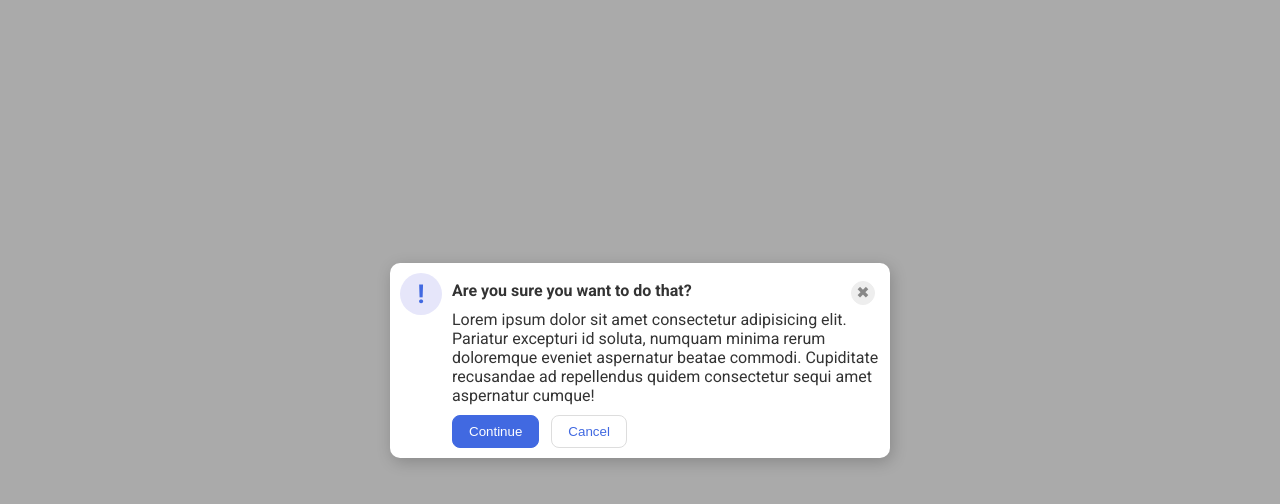
Repository: bbrockbrown/css-exercises
Page: flex/05-flex-modal/index.html
These files come from the project's save history. The page is drawn as it stood at one moment and after the next save; the edit follows.
The browser window is 1280 px wide. The pictures show the whole page.

Above is the page before, as saved 2024-07-21 18:05:37.

### flex/05-flex-modal/index.html
<!DOCTYPE html>
<html lang="en">
  <head>
    <meta charset="UTF-8">
    <meta http-equiv="X-UA-Compatible" content="IE=edge">
    <meta name="viewport" content="width=device-width, initial-scale=1.0">
    <link rel="stylesheet" href="style.css">
    <title>Modal</title>
  </head>
  <body>
    <div class="modal">
      <div class="icon-container">
        <div class="icon">!</div>
      </div>


      <div class="content">
        <div class="exit">
          <div class="header" style="font-weight: bold">Are you sure you want to do that?</div>
          <button class="close-button">✖</button>
        </div>

        <div class="content-text">
          <div class="text">Lorem ipsum dolor sit amet consectetur adipisicing elit. Pariatur excepturi id soluta, numquam minima rerum doloremque eveniet aspernatur beatae commodi. Cupiditate recusandae ad repellendus quidem consectetur sequi amet aspernatur cumque!</div>
        </div>

        <div class="button-options">
          <button class="continue">Continue</button>
          <button class="cancel">Cancel</button>
        </div>

      </div>


    </div>
  </body>
</html>

### flex/05-flex-modal/style.css
@import url('https://fonts.googleapis.com/css2?family=Roboto:wght@400;700&display=swap');

html, body {
  height: 100%;
}

body {
  font-family: Roboto, sans-serif;
  margin: 0;
  background: #aaa;
  color: #333;
  /* I'll give you this one for free lol */
  display: flex;
  align-items: center;
  justify-content: center;
}

.content {
  display: flex;
  flex-direction: column;
  text-align: left;
}

.exit {
  display: flex;
  margin-top: 8px;
  justify-content: space-between;
  margin-right: 5px;
  margin-bottom: 5px;
}

.modal {
  background: white;
  width: 480px;
  border-radius: 10px;
  box-shadow: 2px 4px 16px rgba(0,0,0,.2);
  display: flex;
  padding: 10px;
}

.icon-container {
  display: flex;
  margin-right: 10px;
}

.button-options {
  display: flex;
  gap: 12px;
  margin-top: 10px;
}

.icon {
  color: royalblue;
  font-size: 26px;
  font-weight: 700;
  background: lavender;
  width: 42px;
  height: 42px;
  border-radius: 50%;
  display: flex;
  align-items: center;
  justify-content: center;
}

.close-button {
  background: #eee;
  border-radius: 50%;
  color: #888;
  font-weight: 400;
  font-size: 16px;
  height: 24px;
  width: 24px;
  display: flex;
  align-items: center;
  justify-content: center;
  border: 1px solid #eee;
  padding: 0;
}

button {
  cursor: pointer;
  padding: 8px 16px;
  border-radius: 8px;
}

button.continue {
  background: royalblue;
  border: 1px solid royalblue;
  color: white;
}

button.cancel {
  background: white;
  border: 1px solid #ddd;
  color: royalblue;
}

After the next save:
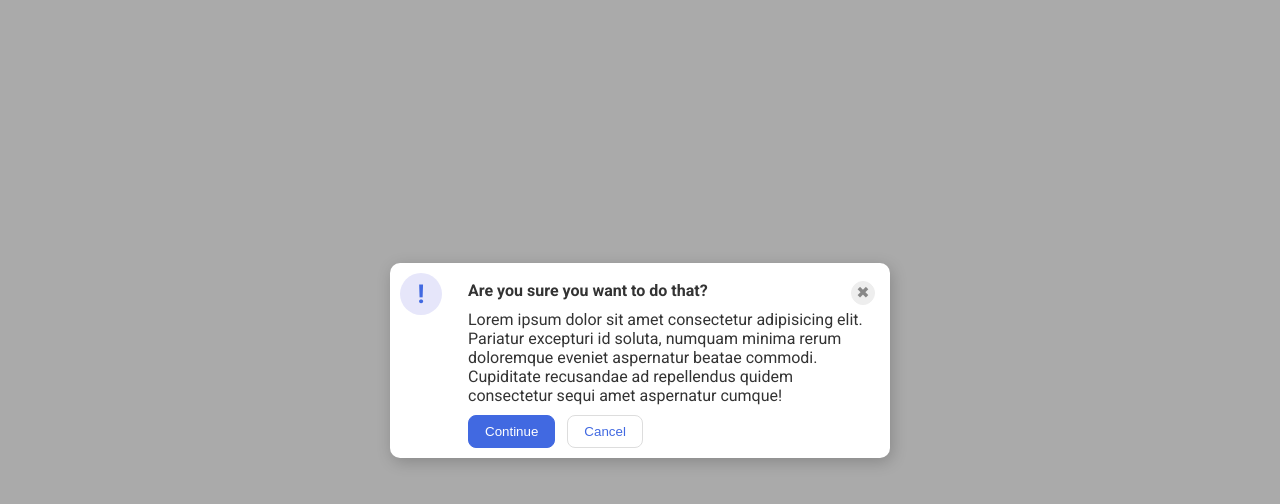
Saved 79 s later.
--- a/flex/05-flex-modal/style.css
+++ b/flex/05-flex-modal/style.css
@@ -36,6 +36,7 @@ body {
   box-shadow: 2px 4px 16px rgba(0,0,0,.2);
   display: flex;
   padding: 10px;
+  gap: 16px;
 }
 
 .icon-container {
